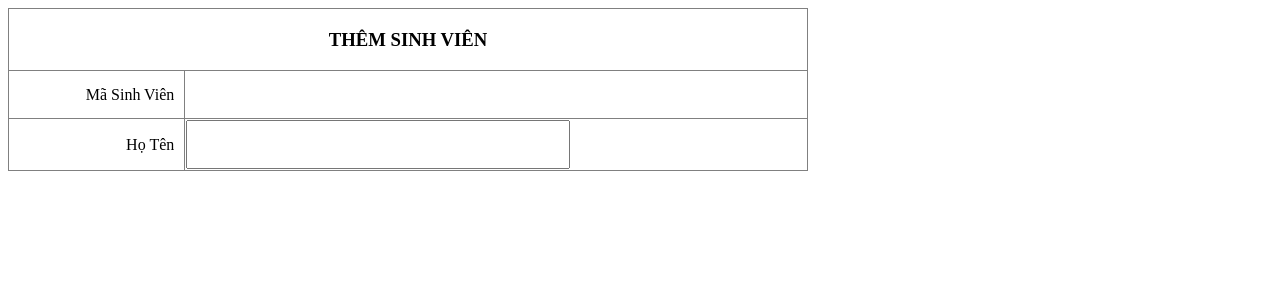
Repository: Tan-Khang21/TH_TKW--Buoi_04
Page: Bai_Tap_Mau/Bai_04/Bai_04.html
An editor plug-in stored every save of this project. The page is shown before and after the next save, followed by the edit.
The browser window is 1280 px wide. The pictures show the whole page.

Above is the page before, as saved 2024-03-06 09:46:03.

After the next save:
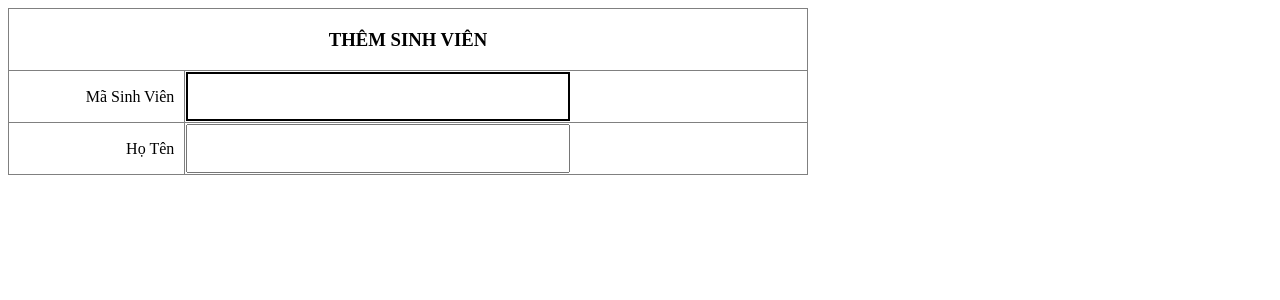
Saved 13 s later.
--- a/Bai_Tap_Mau/Bai_04/Bai_04.html
+++ b/Bai_Tap_Mau/Bai_04/Bai_04.html
@@ -12,7 +12,7 @@
         </tr>
         <tr>
             <td align="right" style="padding: 10px;">Mã Sinh Viên</td>
-            <td colspan="2"> <input type="text" style="width:350px; padding: 15px; border: 2px;"></td>
+            <td colspan="2"> <input type="text" style="width:350px; padding: 15px; border: 2px solid black;"></td>
         </tr>
         <tr>
             <td align="right" style="padding: 10px;">Họ Tên</td>
